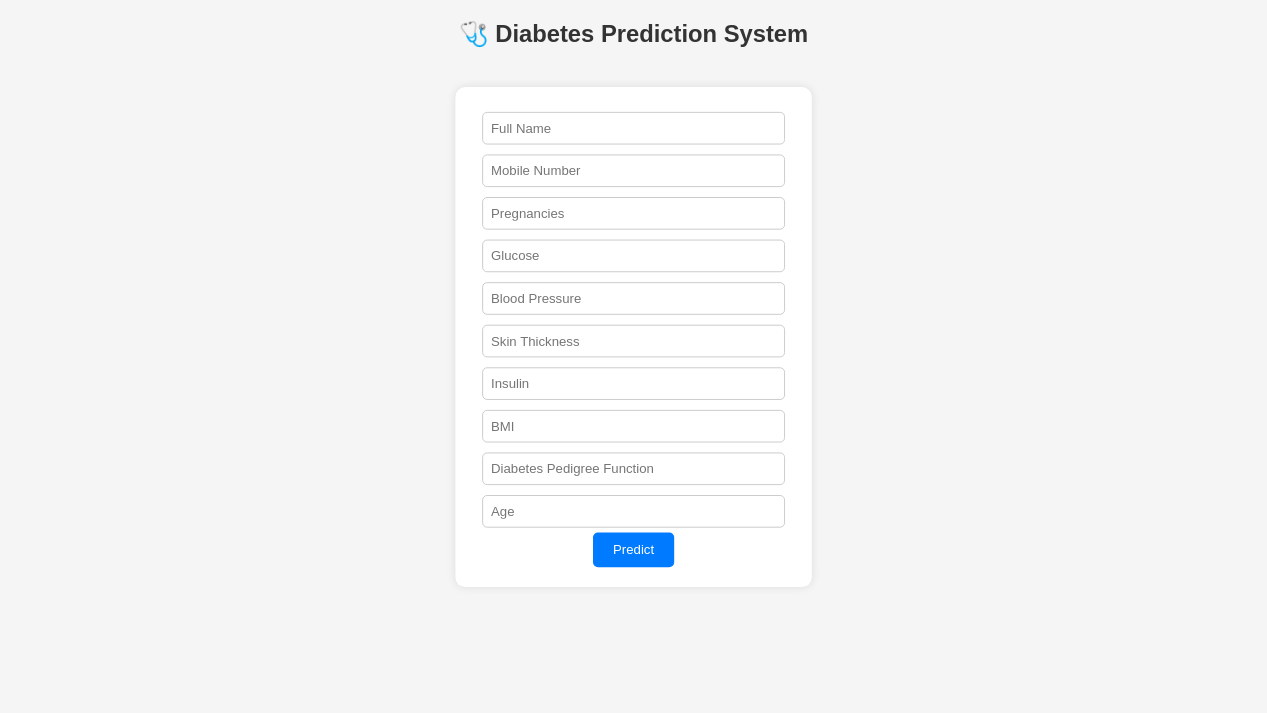
Repository: Aman14150/diabetes-prediction-system
Page: http://localhost/
An editor plug-in stored every save of this project. The page is shown before and after the next save, followed by the edit.
The browser window is 1280 px wide. The pictures show the whole page, at 99% of full size.
The page is served by the project's application, run on Flask 3 (app.py).

Above is the page before, as saved 2025-10-07 17:39:01.

After the next save:
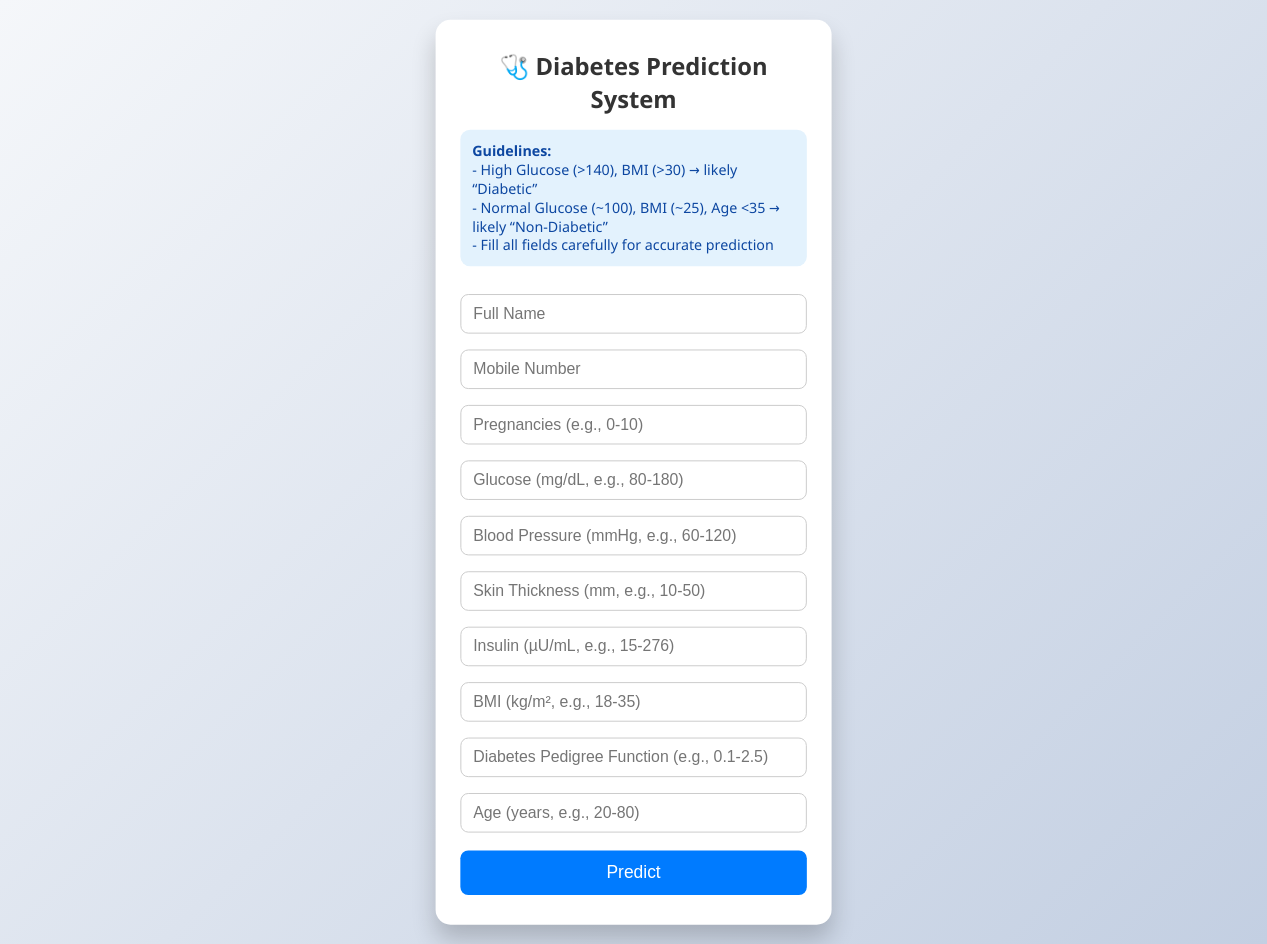
Saved 34 min 29 s later.
--- a/templates/index.html
+++ b/templates/index.html
@@ -5,68 +5,137 @@
     <meta charset="UTF-8">
     <title>Diabetes Prediction</title>
     <style>
+        /* Reset & basic styles */
+        * {
+            box-sizing: border-box;
+            margin: 0;
+            padding: 0;
+        }
+
         body {
-            font-family: Arial;
-            background-color: #f5f5f5;
+            font-family: 'Segoe UI', Tahoma, Geneva, Verdana, sans-serif;
+            background: linear-gradient(135deg, #f5f7fa, #c3cfe2);
+            min-height: 100vh;
+            display: flex;
+            justify-content: center;
+            align-items: center;
+            padding: 20px;
+        }
+
+        /* Card container */
+        .card {
+            background: #ffffff;
+            padding: 30px 25px;
+            border-radius: 15px;
+            width: 100%;
+            max-width: 400px;
+            box-shadow: 0 15px 25px rgba(0, 0, 0, 0.2);
             text-align: center;
         }
 
-        form {
-            background: white;
-            padding: 20px;
-            width: 320px;
-            margin: 40px auto;
+        h2 {
+            color: #333;
+            margin-bottom: 15px;
+        }
+
+        /* Guidelines box */
+        .guidelines {
+            background-color: #e3f2fd;
+            color: #0d47a1;
+            font-size: 0.9rem;
+            padding: 12px;
             border-radius: 10px;
-            box-shadow: 0 0 10px rgba(0, 0, 0, 0.1);
+            margin-bottom: 20px;
+            text-align: left;
         }
 
         input {
-            width: 90%;
-            padding: 8px;
-            margin: 5px;
-            border-radius: 5px;
+            width: 100%;
+            padding: 10px 12px;
+            margin: 8px 0;
+            border-radius: 8px;
             border: 1px solid #ccc;
+            font-size: 1rem;
+        }
+
+        input:focus {
+            outline: none;
+            border-color: #007BFF;
+            box-shadow: 0 0 5px rgba(0, 123, 255, 0.5);
         }
 
         button {
-            padding: 10px 20px;
+            width: 100%;
+            padding: 12px;
             background-color: #007BFF;
             color: white;
             border: none;
-            border-radius: 5px;
+            font-size: 1.1rem;
+            border-radius: 8px;
             cursor: pointer;
+            margin-top: 10px;
+            transition: background-color 0.3s ease;
         }
 
         button:hover {
             background-color: #0056b3;
         }
 
-        h2 {
-            color: #333;
+        /* Prediction output */
+        .prediction {
+            margin-top: 20px;
+            font-size: 1.1rem;
+            font-weight: bold;
+            color: #007BFF;
+        }
+
+        /* Responsive */
+        @media (max-width: 450px) {
+            .card {
+                padding: 20px;
+            }
+
+            input {
+                font-size: 0.95rem;
+            }
+
+            button {
+                font-size: 1rem;
+            }
         }
     </style>
 </head>
 
 <body>
-    <h2>🩺 Diabetes Prediction System</h2>
-    <form action="/predict" method="post">
-        <input type="text" name="name" placeholder="Full Name" required><br>
-        <input type="tel" name="mobile" placeholder="Mobile Number" required><br>
-        <input type="number" name="Pregnancies" placeholder="Pregnancies" step="any" required><br>
-        <input type="number" name="Glucose" placeholder="Glucose" step="any" required><br>
-        <input type="number" name="BloodPressure" placeholder="Blood Pressure" step="any" required><br>
-        <input type="number" name="SkinThickness" placeholder="Skin Thickness" step="any" required><br>
-        <input type="number" name="Insulin" placeholder="Insulin" step="any" required><br>
-        <input type="number" name="BMI" placeholder="BMI" step="any" required><br>
-        <input type="number" name="DiabetesPedigreeFunction" placeholder="Diabetes Pedigree Function" step="any"
-            required><br>
-        <input type="number" name="Age" placeholder="Age" step="any" required><br>
-        <button type="submit">Predict</button>
-    </form>
+    <div class="card">
+        <h2>🩺 Diabetes Prediction System</h2>
 
-    {% if prediction_text %}
-    <h3>{{ prediction_text }}</h3>
-    {% endif %}
+        <div class="guidelines">
+            <strong>Guidelines:</strong><br>
+            - High Glucose (>140), BMI (>30) → likely “Diabetic”<br>
+            - Normal Glucose (~100), BMI (~25), Age <35 → likely “Non-Diabetic”<br>
+            - Fill all fields carefully for accurate prediction
+        </div>
+
+        <form action="/predict" method="post">
+            <input type="text" name="name" placeholder="Full Name" required>
+            <input type="tel" name="mobile" placeholder="Mobile Number" required>
+            <input type="number" name="Pregnancies" placeholder="Pregnancies (e.g., 0-10)" step="any" required>
+            <input type="number" name="Glucose" placeholder="Glucose (mg/dL, e.g., 80-180)" step="any" required>
+            <input type="number" name="BloodPressure" placeholder="Blood Pressure (mmHg, e.g., 60-120)" step="any" required>
+            <input type="number" name="SkinThickness" placeholder="Skin Thickness (mm, e.g., 10-50)" step="any" required>
+            <input type="number" name="Insulin" placeholder="Insulin (µU/mL, e.g., 15-276)" step="any" required>
+            <input type="number" name="BMI" placeholder="BMI (kg/m², e.g., 18-35)" step="any" required>
+            <input type="number" name="DiabetesPedigreeFunction" placeholder="Diabetes Pedigree Function (e.g., 0.1-2.5)" step="any" required>
+            <input type="number" name="Age" placeholder="Age (years, e.g., 20-80)" step="any" required>
+
+            <button type="submit">Predict</button>
+        </form>
+
+        {% if prediction_text %}
+        <div class="prediction">{{ prediction_text }}</div>
+        {% endif %}
+    </div>
 </body>
 
 </html>
